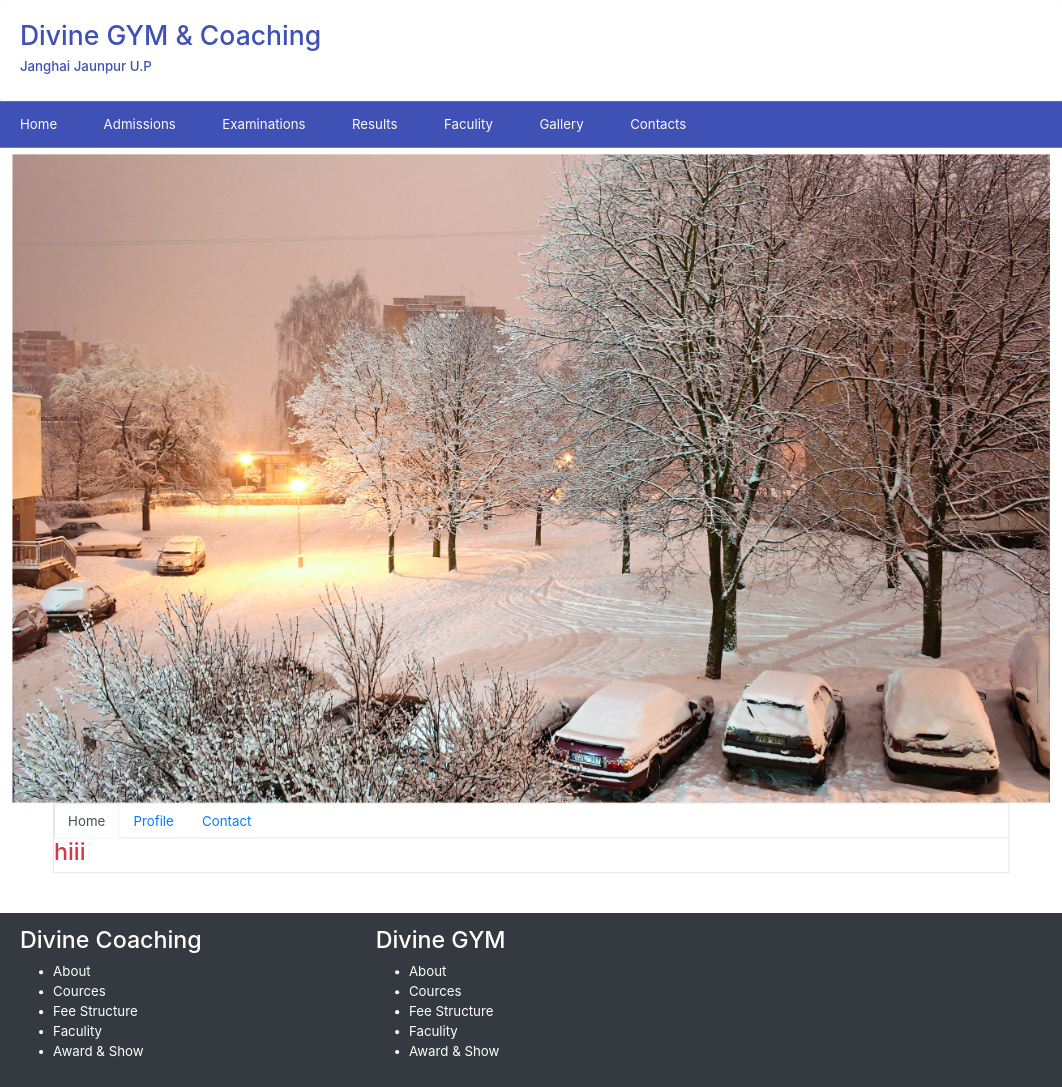
Repository: lalji-yadav/vikash-Coaching-frontend
Page: /gallery
These files come from the project's save history. The page is drawn as it stood at one moment and after the next save; the edit follows.
The browser window is 1280 px wide. The pictures show the whole page, at 83% of full size.
The project was rebuilt for these pictures with package versions that can differ from the ones it lists, and the page was loaded fresh each time. Also part of the build but not shown: src/index.css, src/home/home.js, src/component/admission/admission.js, src/component/examination/examination.js, src/component/results/result.js, src/component/faculity/faculity.js.

Above is the page before, as saved 2021-04-11 14:14:52.

After the next save:
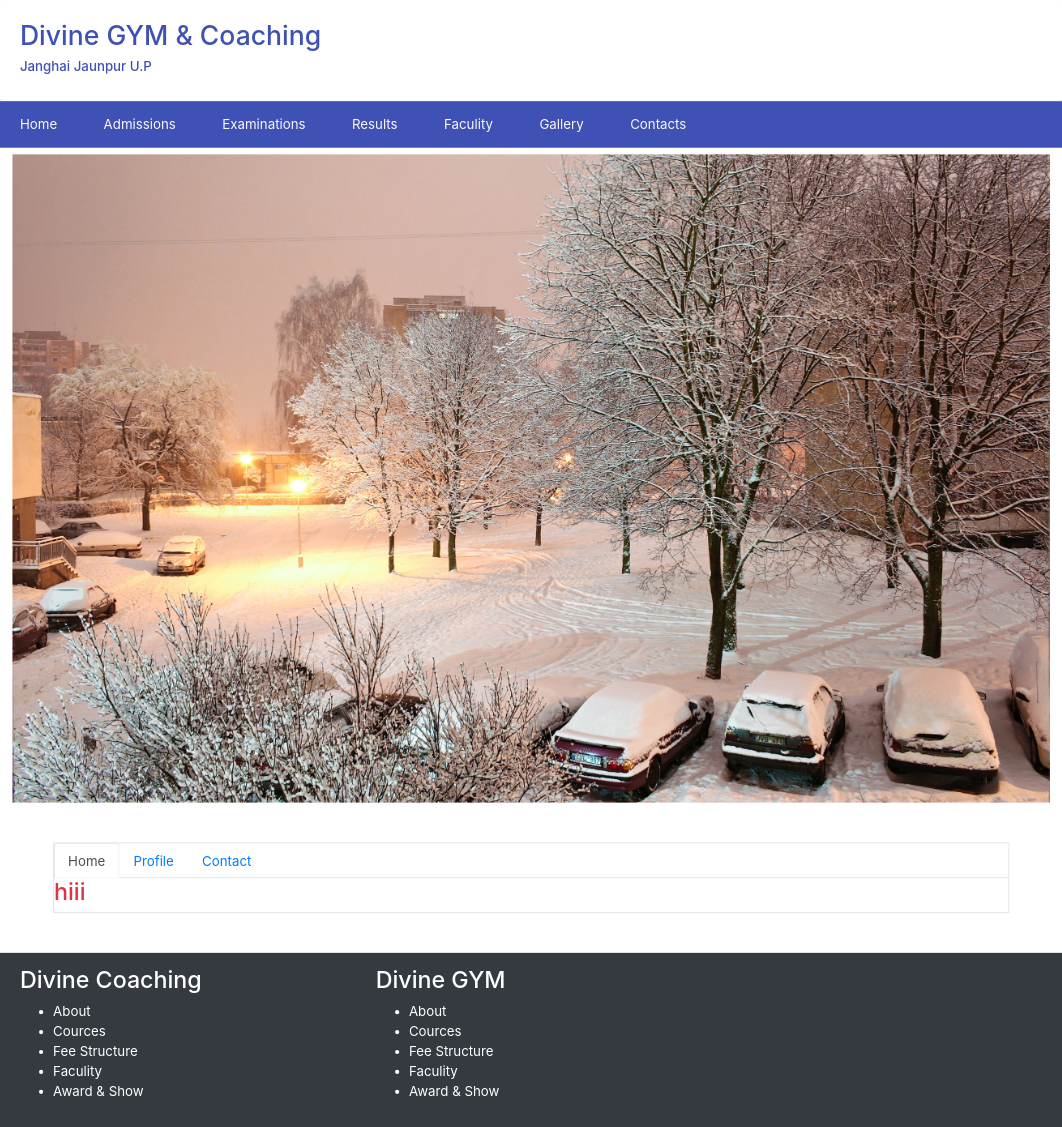
Saved 38 s later.
--- a/src/component/gallery/gallery.js
+++ b/src/component/gallery/gallery.js
@@ -17,7 +17,7 @@ class gallery extends Component {
           />
         </div>
 
-        <div className="border mt-0" style={{ width: "90%", marginLeft: "5%" }}>
+        <div className="border mt-5" style={{ width: "90%", marginLeft: "5%" }}>
           <Tabs defaultActiveKey="Home" id="uncontrolled-tab-example">
             <Tab className="text-danger" eventKey="Home" title="Home">
               <h3>hiii </h3>
